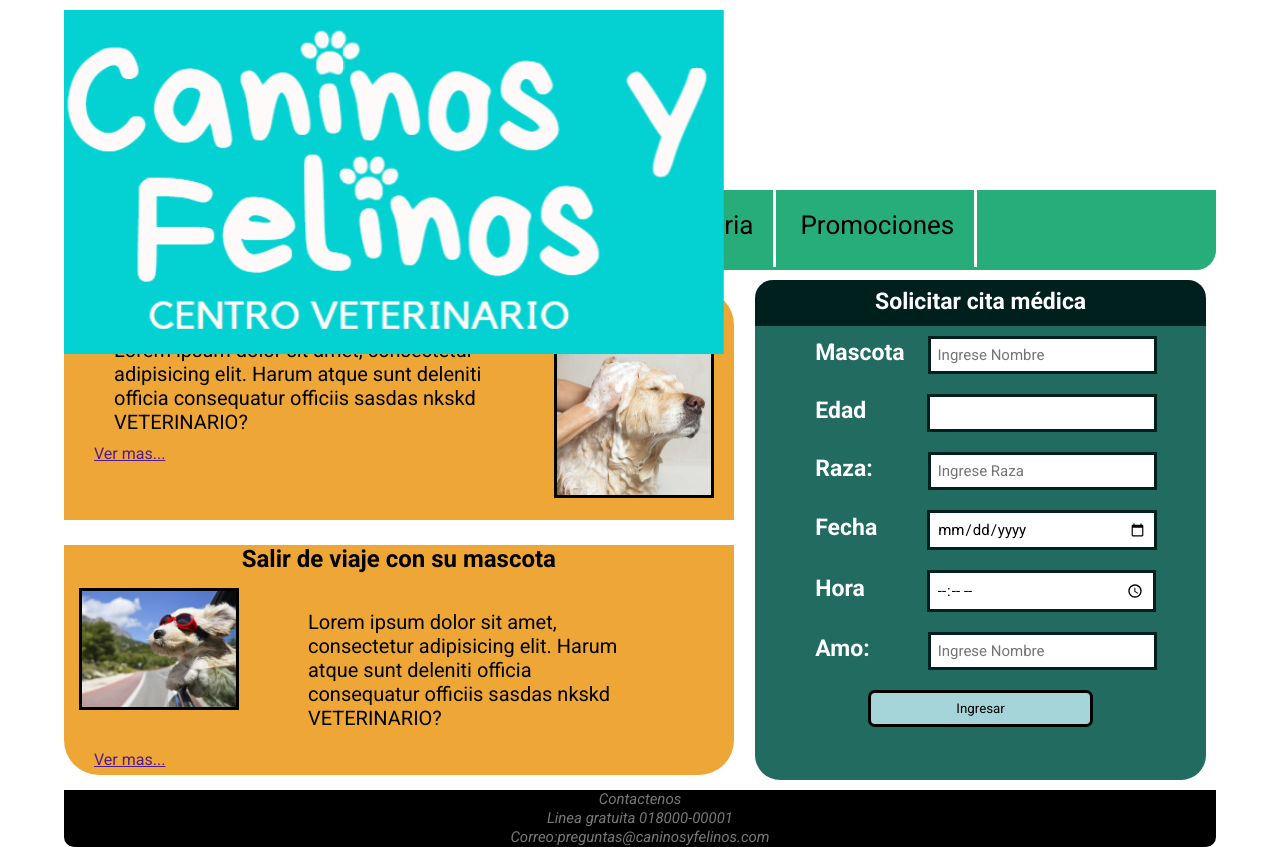
Repository: NickArregoces/Veterinaria
Page: Index.html
These files come from the project's save history. The page is drawn as it stood at one moment and after the next save; the edit follows.
The browser window is 1280 px wide. The pictures show the whole page.

Above is the page before, as saved 2021-10-08 19:25:30.

After the next save:
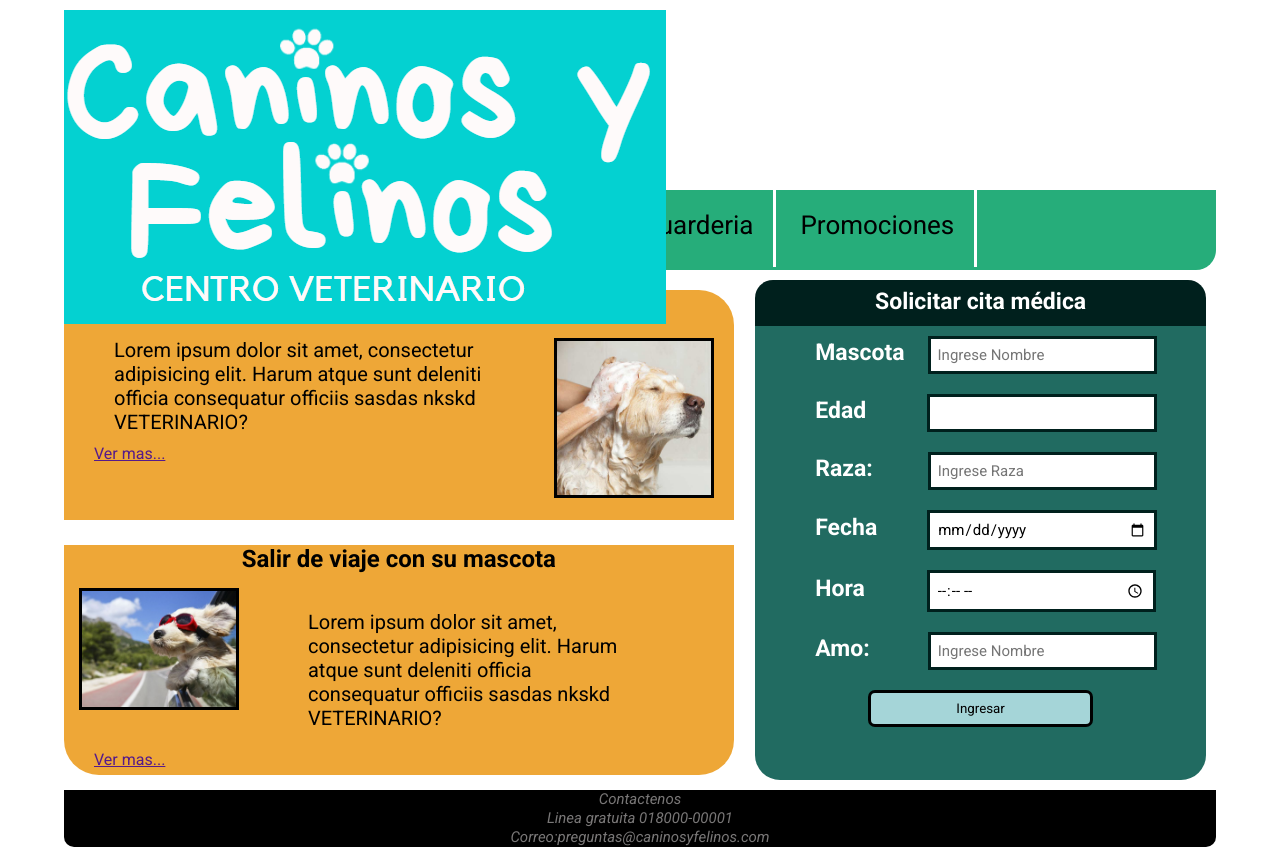
Saved 5 s later.
--- a/CSS/Style.css
+++ b/CSS/Style.css
@@ -18,7 +18,7 @@ header{
     border-top-right-radius:  18px;
     height: 180px;
 }
-    div.image img{
+    div.image{
         position:fixed;
         width: 660px;
     }
